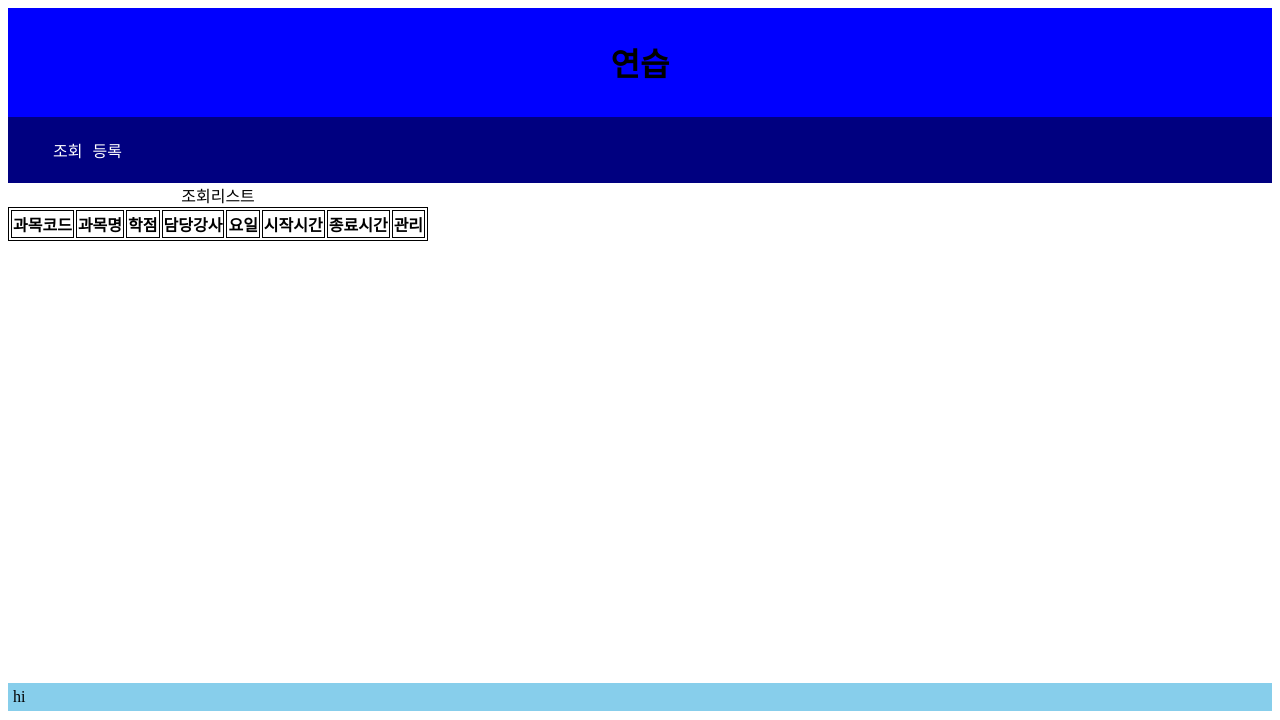
Repository: hoger96/java
Page: http://localhost/HY/list
An editor plug-in stored every save of this project. The page is shown before and after the next save, followed by the edit.
The browser window is 1280 px wide. The pictures show the whole page.
The page is served by Tomcat 9. Queries for data that is not in the repository find no rows.

Above is the page before, as saved 2023-02-02 07:31:59.

After the next save:
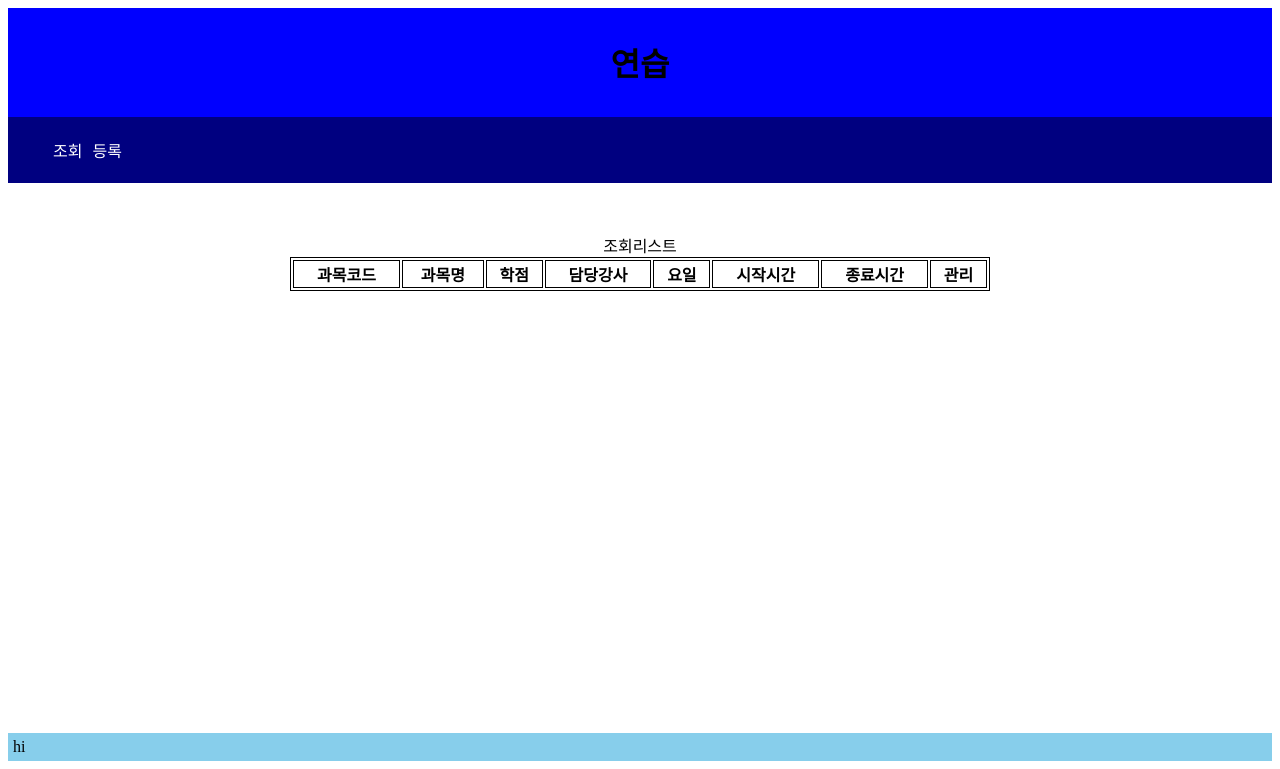
Saved 26 s later.
--- a/HY/src/main/webapp/css/list.css
+++ b/HY/src/main/webapp/css/list.css
@@ -1,6 +1,11 @@
 @charset "UTF-8";
+table{
+	width:700px;
+	margin:50px auto;
+}
 table,td{
 	border:1px solid black;
+	text-align:center;
 }
 
 .main{
